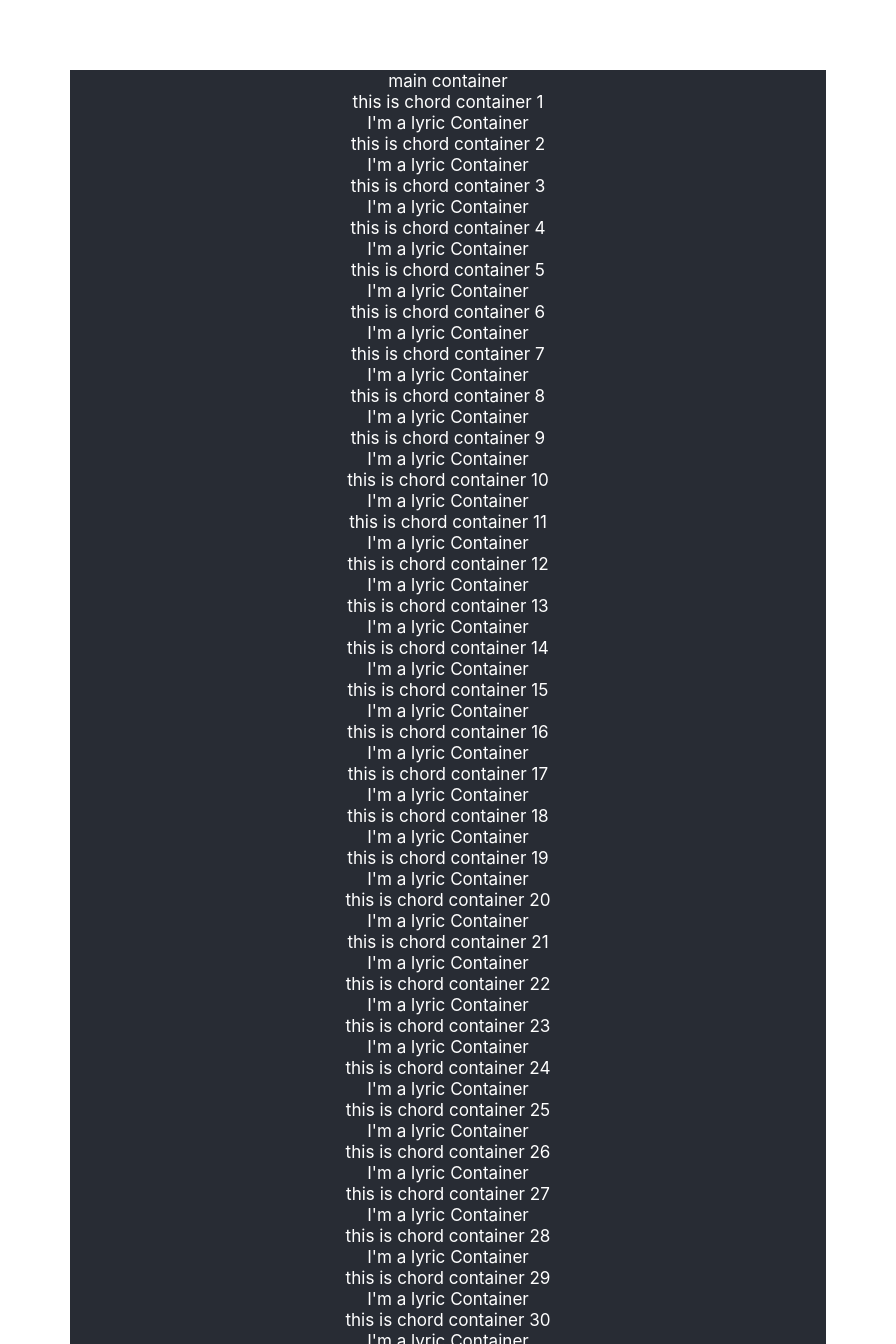
Repository: mattnoth/easy-nash-tab
Page: /
These files come from the project's save history. The page is drawn as it stood at one moment and after the next save; the edit follows.
The browser window is 1280 px wide. The pictures show the part of the page from y = 0 to 1920 px (the page is 2870 px tall before and 2674 px after), at 70% of full size.
The project was rebuilt for these pictures with package versions that can differ from the ones it lists, and the page was loaded fresh each time.

Above is the page before, as saved 2022-08-06 17:17:34.

### src/App.js
import './App.css';
import MainContainerLogic from './components/MainContainers/MainContainerLogic.js';

function App() {
  return (
    <div className="App">
      <header className="App-header">
        <MainContainerLogic />
      </header>
    </div>
  );
}

export default App;

### src/App.css
.App {
  text-align: center;
  padding: 100px;
  display: flex;
  flex-direction: column;
}

.App-logo {
  height: 40vmin;
  pointer-events: none;
}

@media (prefers-reduced-motion: no-preference) {
  .App-logo {
    animation: App-logo-spin infinite 20s linear;
  }
}

.App-header {
  background-color: #282c34;
  min-height: 100vh;
  display: flex;
  flex-direction: column;
  align-items: center;
  justify-content: center;
  font-size: calc(10px + 2vmin);
  color: white;
}

.App-link {
  color: #61dafb;
}

@keyframes App-logo-spin {
  from {
    transform: rotate(0deg);
  }

  to {
    transform: rotate(360deg);
  }
}

### src/components/MainContainers/MainContainerLogic.js
import { useState } from "react";
import React from 'react';
import { bennieAndTheJets } from '../../data/BennieAndTheJets'
import Main from '../MainContainers/Main.js'


function MainContainerLogic(props) {

    const [fullLyricString, setFullLyricsString] = useState('')
    const [lyricArray, setLyricArray] = useState([])
    const [currentLine, setCurrentLine] = useState([]);

    const splitLyrics = (lyrics) => {
        const arr = lyrics.split(/\r?\n/);
        setLyricArray(arr);
    }

    const createObject = (lyrics) => {
        let obj = {};
        let arr = [];

        for (let i = 0; i < lyrics.length; i++) {
            obj = {
                lyric: lyrics[i],
                currentId: i
            }
            arr.push(obj)
        }
        return arr;
    }

    if (fullLyricString == '') {
        setFullLyricsString(bennieAndTheJets);
    }

    if (fullLyricString && lyricArray.length === 0) {
        splitLyrics(fullLyricString);
    }

    let tempLyrics;

    if (lyricArray.length > 0) {
        if (lyricArray[0]) {
            return;
        } else {
            tempLyrics = createObject(lyricArray);

        }
    }

    if (tempLyrics) {
        tempLyrics.map((line) => {
            currentLine.push(line);
        })
    }

    return (
        <>
            <div className="mainContainer">
                main container
                {
                    currentLine.map((line) => {
                        if (line?.currentId === 0) {
                            return
                        } else {
                            return (
                                <div key={"div " + line?.currentId}>
                                    <Main
                                        line={line}
                                        key={"main " + line?.currentId}
                                    />
                                </div>

                            )
                        }
                    })
                }
            </div>
        </>
    );
}

export default MainContainerLogic;

### src/data/BennieAndTheJets.js
export const bennieAndTheJets = `
Hey kids, shake it loose together
The spotlight's hitting something
That's been known to change the weather
We'll kill the fatted calf tonight
So stick around
You're gonna hear electric music
Solid walls of sound
Say, Candy and Ronnie, have you seen them yet
Ohh, but they're so spaced out, B-b-b-b Bennie and the Jets
Oh but they're weird and they're wonderful
Oh Bennie she's really keen
She's got electric boots a mohair suit
You know I read it in a magazine
Oh oh, B - b - b - b Bennie and the Jets
Bennie, Bennie and the Jets
Hey kids, plug into the faithless
Maybe they're blinded
But Bennie makes them ageless
We shall survive, let us take ourselves along
Where we fight our parents out in the streets
To find who's right and who's wrong
Say, Candy and Ronnie, have you seen them yet
Ohh, but they're so spaced out, B-b-b-b Bennie and the Jets
Oh but they're weird and they're wonderful
Oh Bennie she's really keen
She's got electric boots a mohair suit
You know I read it in a magazine
Oh oh, B - b - b - b Bennie and the Jets
Bennie, Bennie and the Jets
Hey kids, plug into the faithless
Maybe they're blinded
But Bennie makes them ageless
We shall survive, let us take ourselves along
Where we fight our parents out in the streets
To find who's right and who's wrong
Say, Candy and Ronnie, have you seen them yet
Ohh, but they're so spaced out, B-b-b-b Bennie and the Jets
Oh but they're weird and they're wonderful
Oh Bennie she's really keen
She's got electric boots a mohair suit
You know I read it in a magazine
Oh oh, B - b - b - b Bennie and the Jets
Bennie, Bennie, Bennie, Bennie and the Jets
Bennie and the Jets`

### src/components/MainContainers/Main.js
import React from 'react';
import ChordContainer from '../ChordContainer/ChordContainer.js';
import LyricContainer from '../LyricContainer/LyricContainer.js'

function Main({ line }) {
    return (
        <>
            {/* <p>{line?.currentId}</p>
            <p>{line?.lyric}</p> */}
            <ChordContainer line={line} />
            <LyricContainer line={line} />
        </>
    );
}

export default Main;

### src/components/ChordContainer/ChordContainer.js
import React from 'react';

function ChordContainer({ line }) {
    return (
        <div>
            this is chord container {line?.currentId}
        </div>
    );
}

export default ChordContainer;

### src/components/LyricContainer/LyricContainer.js
import React from 'react';

function LyricContainer(props) {
    return (
        <div> I'm a lyric Container
        </div>
    );
}

export default LyricContainer;

Loaded but not shown: public/index.html (common file); src/index.js (common file); src/index.css (common file); src/reportWebVitals.js (common file)

After the next save:
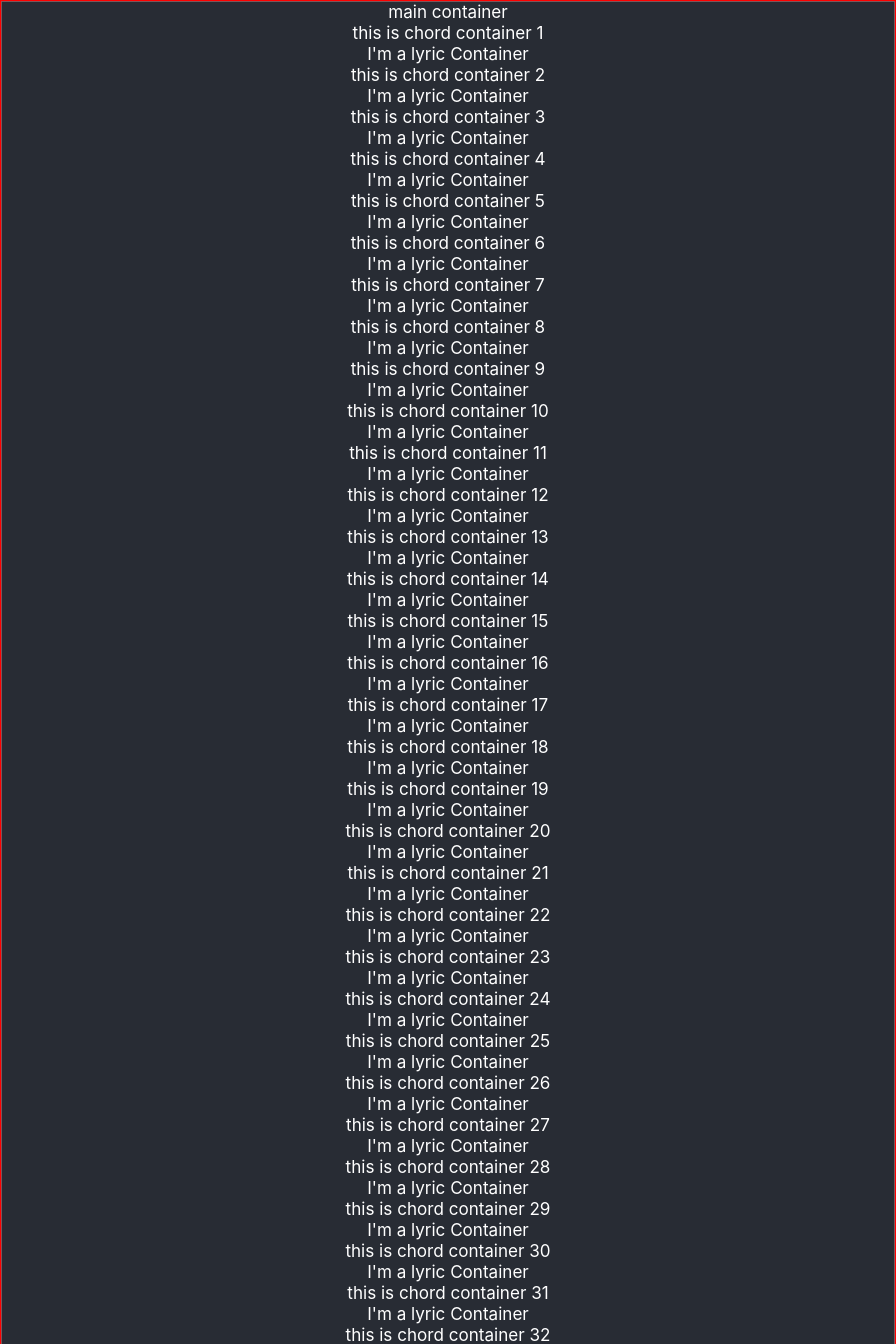
Saved 14 s later.
--- a/src/App.css
+++ b/src/App.css
@@ -1,8 +1,6 @@
 .App {
   text-align: center;
-  padding: 100px;
-  display: flex;
-  flex-direction: column;
+  border: 2px solid red;
 }
 
 .App-logo {
